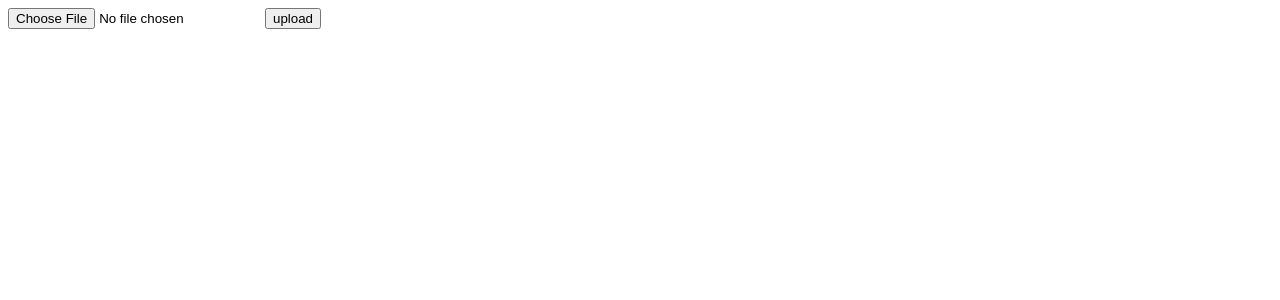
Repository: MilanDobariya/E-Collaboration-Project
Page: E-Collaboration/project2frontend/WebContent/views/uploadprofilepic.html
An editor plug-in stored every save of this project. The page is shown before and after the next save, followed by the edit.
The browser window is 1280 px wide. The pictures show the whole page.

Above is the page before, as saved 2018-06-23 12:37:27.

### E-Collaboration/project2frontend/WebContent/views/uploadprofilepic.html
<!DOCTYPE html>
<html>
<head>
<meta charset="ISO-8859-1">
<title>Insert title here</title>
</head>
<body>
<form action="http://localhost:9090/project2middleware/uploadprofilepic">
<input type="file" name="image">
<input type="submit" value="upload">

</form>
</body>
</html>

After the next save:
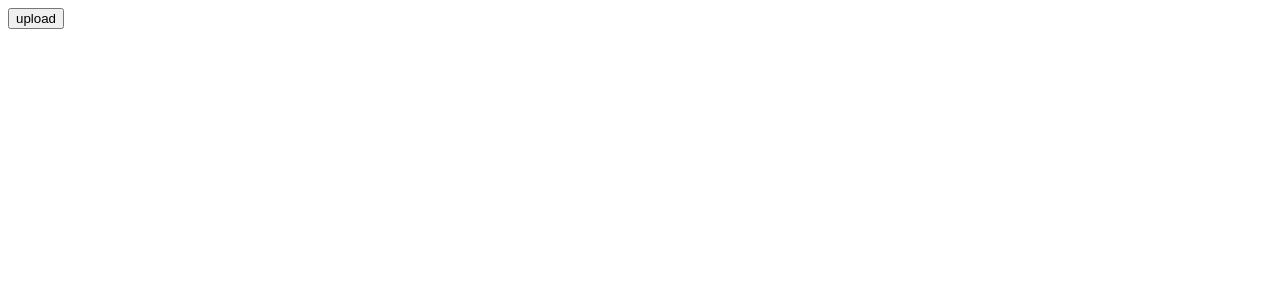
Saved 3 min 27 s later.
--- a/E-Collaboration/project2frontend/WebContent/views/uploadprofilepic.html
+++ b/E-Collaboration/project2frontend/WebContent/views/uploadprofilepic.html
@@ -5,7 +5,7 @@
 <title>Insert title here</title>
 </head>
 <body>
-<form action="http://localhost:9090/project2middleware/uploadprofilepic">
+<form action="http://localhost:9090/project2middleware/uploadprofilepic" method="post" enctype="multipart/form-data>
 <input type="file" name="image">
 <input type="submit" value="upload">
 

After the save that followed:
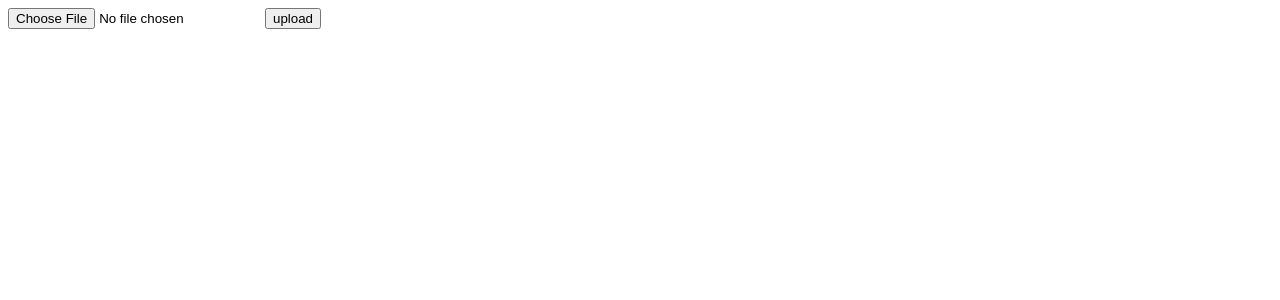
Saved 4 min 9 s later.
--- a/E-Collaboration/project2frontend/WebContent/views/uploadprofilepic.html
+++ b/E-Collaboration/project2frontend/WebContent/views/uploadprofilepic.html
@@ -5,7 +5,7 @@
 <title>Insert title here</title>
 </head>
 <body>
-<form action="http://localhost:9090/project2middleware/uploadprofilepic" method="post" enctype="multipart/form-data>
+<form action="http://localhost:9090/project2middleware/uploadprofilepic" method="post" enctype="multipart/form-data">
 <input type="file" name="image">
 <input type="submit" value="upload">
 
